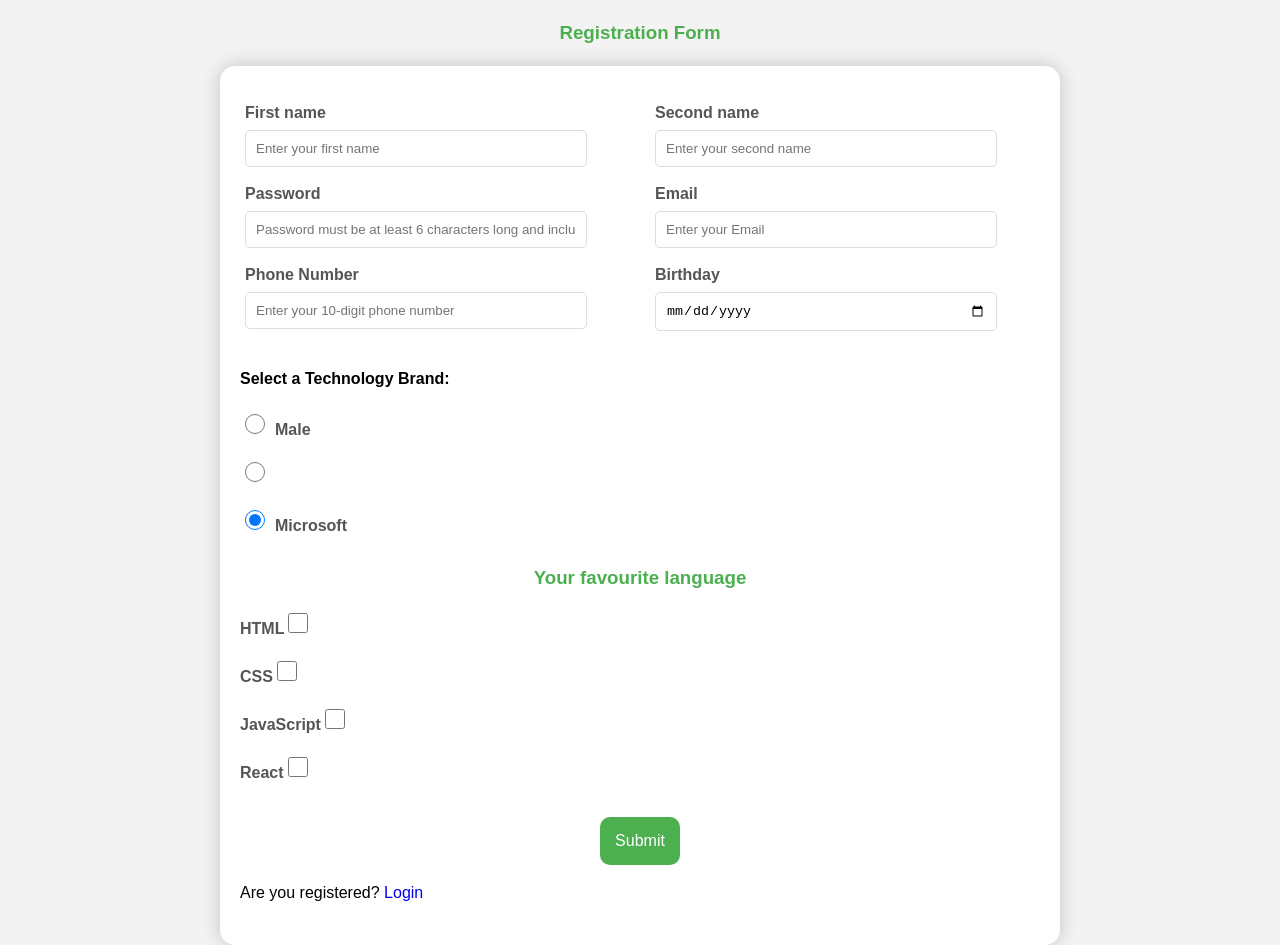
Repository: alizey12/Regestratin-Form-js
Page: regester.html
The author's editor kept a copy of each file at every save. The page is drawn from the files as they stood at one save, then again after a run of saves.
The browser window is 1280 px wide. The pictures show the whole page.

Above is the page before, as saved 2024-11-29 20:34:36.

After the next 2 saves:
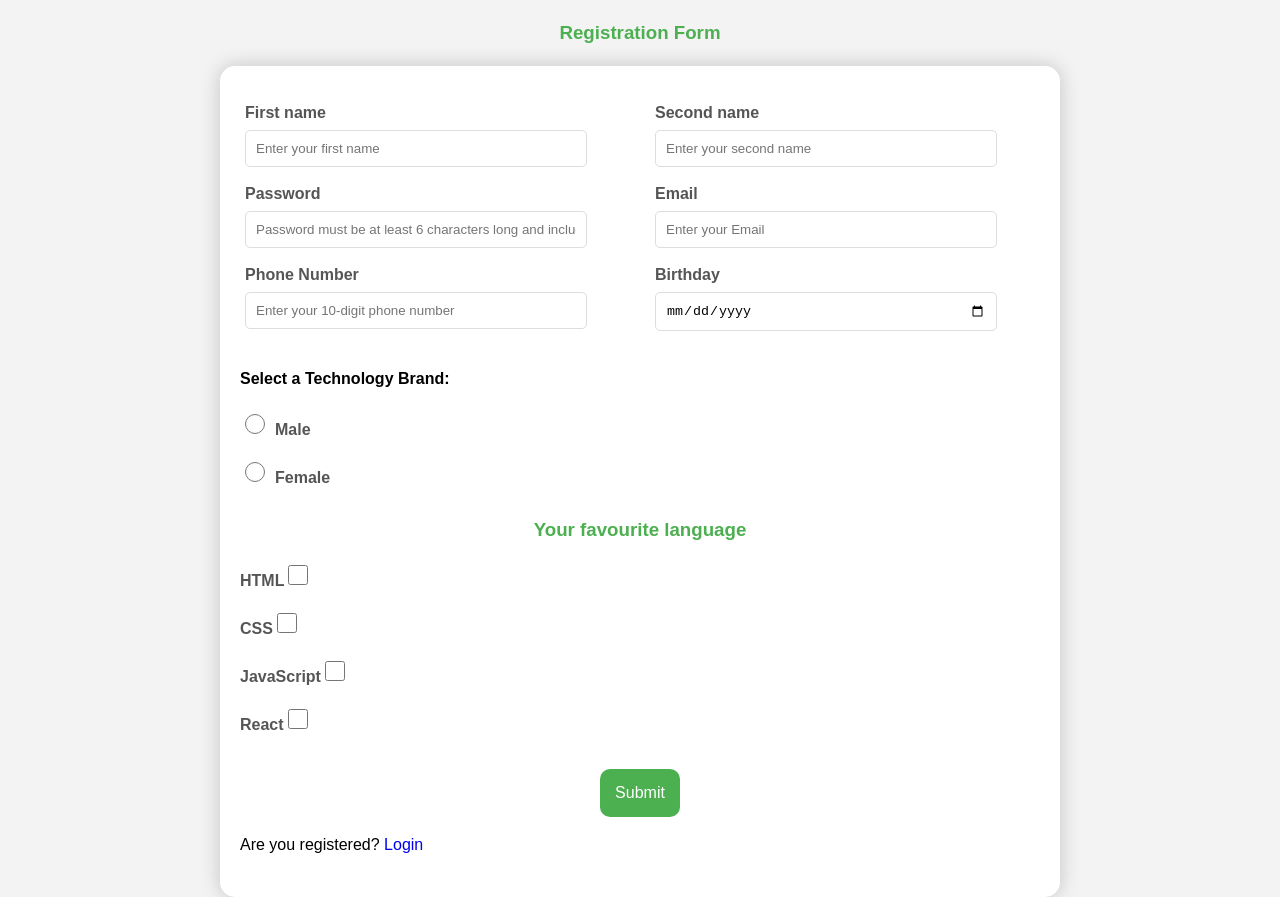
The 2 saves are shown as one change because they came seconds apart.
The last was saved 6 s later.
--- a/regester.html
+++ b/regester.html
@@ -55,12 +55,9 @@
                 </label>
                 <label>
                     <input type="radio" id="Audi" name="brand" value="Audi">
+                    Female
+                </label>
 
-                </label>
-                <label>
-                    <input type="radio" id="Microsoft" name="brand" value="Microsoft" checked>
-                    Microsoft
-                </label>
             </div>
 
             <h3 class="heading">Your favourite language</h3>
